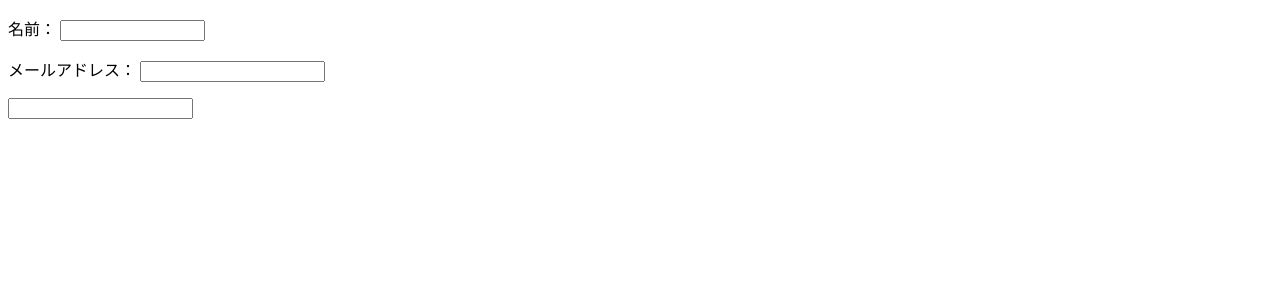
Repository: daidai0602/gs_kadai_questionnaire
Page: http://localhost/post.php
An editor plug-in stored every save of this project. The page is shown before and after a run of saves, followed by the edit.
The browser window is 1280 px wide. The pictures show the whole page.
The page is run by PHP 8.4 with error messages shown; the project is at /var/www/html/.

Above is the page before, as saved 2023-11-15 11:14:05.

After the next 2 saves:
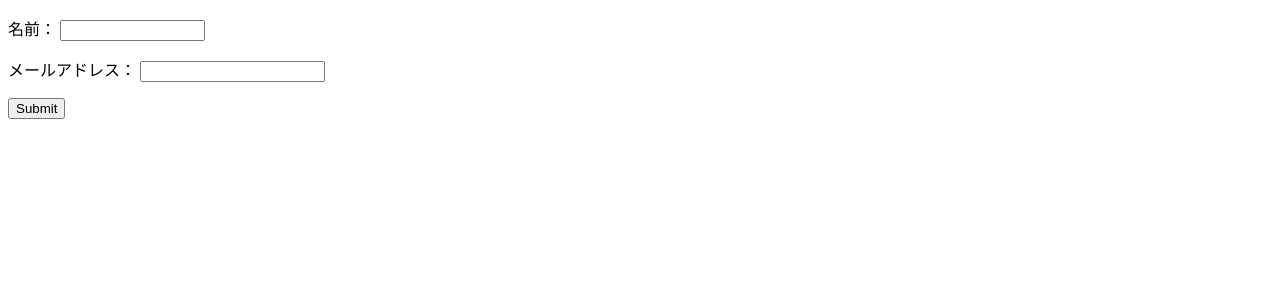
The 2 saves are shown as one change because they came seconds apart.
The last was saved 5 s later.
--- a/post.php
+++ b/post.php
@@ -9,7 +9,7 @@
   <form method="get" action="write.php">
     <p>名前： <input type="text" name="name" size="15"></p>
     <p>メールアドレス： <input type="text" name="mail" size="20" ></p>
-    <p><input type=""></p>
+    <p><input type="submit"></p>
 
 
   </form>
